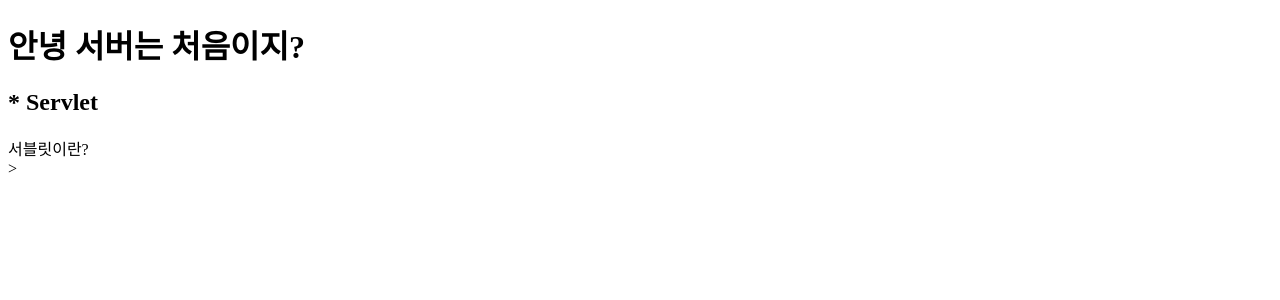
Repository: seunghee971015/Server_Work
Page: Servlet01/src/main/webapp/index.html
These files come from the project's save history. The page is drawn as it stood at one moment and after the next save; the edit follows.
The browser window is 1280 px wide. The pictures show the whole page.

Above is the page before, as saved 2023-10-11 00:31:17.

After the next save:
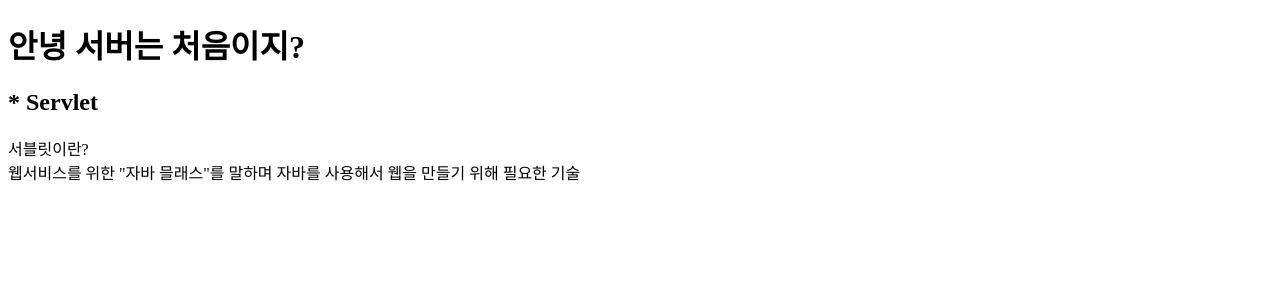
Saved 55 s later.
--- a/Servlet01/src/main/webapp/index.html
+++ b/Servlet01/src/main/webapp/index.html
@@ -10,6 +10,9 @@
 	<h2>* Servlet</h2>
 	<p>
 		서블릿이란? <br>
+		웹서비스를 위한 "자바 믈래스"를 말하며 자바를 사용해서 웹을 만들기 위해 필요한 기술<abbr
 >
+	<p>
+
 </body>
 </html>
